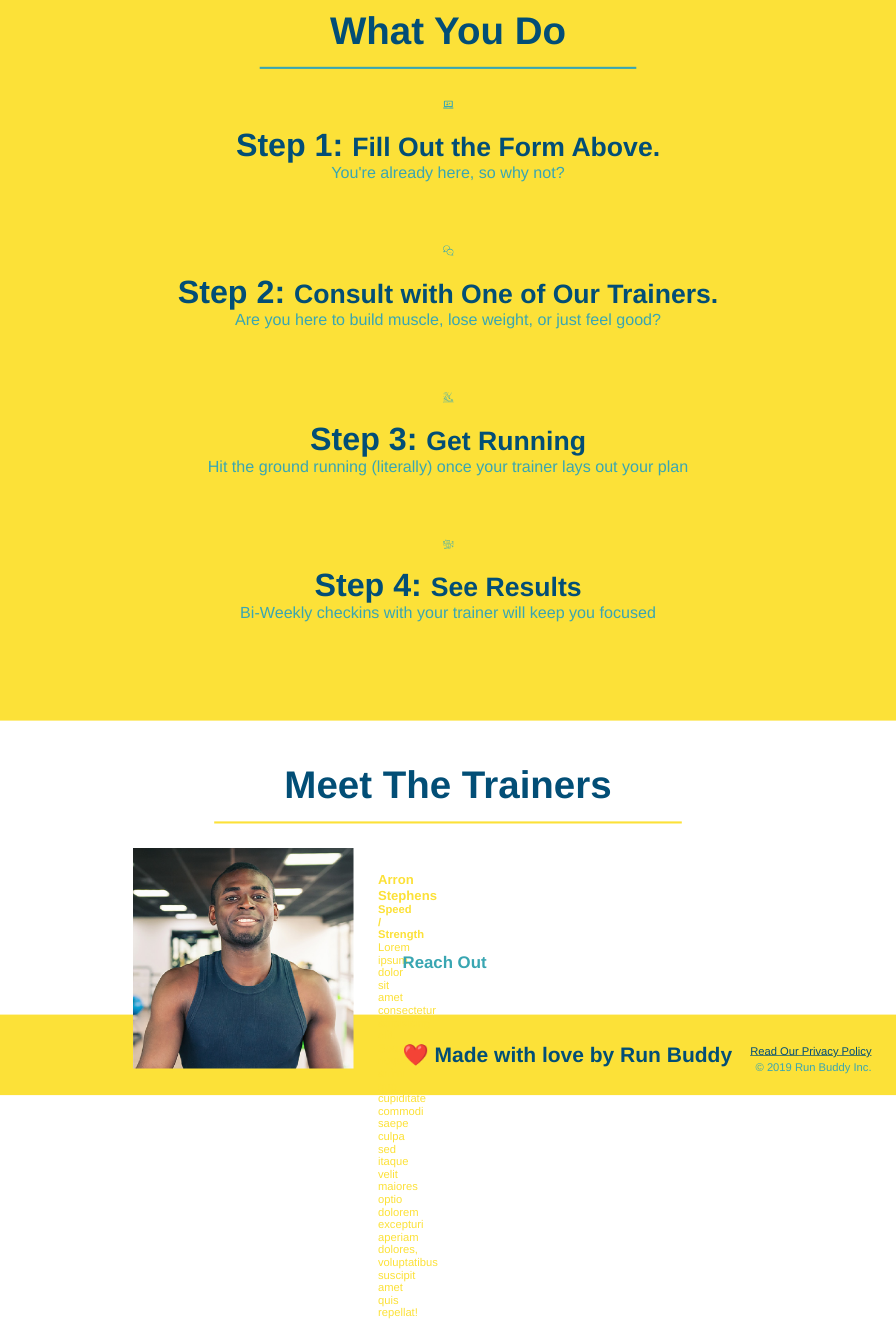
Repository: symlara/run-buddy
Page: index.html
The author's editor kept a copy of each file at every save. The page is drawn from the files as they stood at one save, then again after the next save.
The browser window is 1280 px wide. The pictures show the part of the page from y = 1228 to 3148 px (the page is 3148 px tall before and 2793 px after), at 70% of full size.

Above is the page before, as saved 2020-12-10 14:14:18.

### index.html
<!DOCTYPE html>
<html lang="en">
    <head>
        <link rel="stylesheet" href="./assets/css/style.css" />
        <meta charset="UTF-8"/>
        <title>Run Buddy</title>
    </head>
    <body>
        <!-- navigation -->
        <header>
        <a href="/"><h1>RUN BUDDY</h1></a>
        <nav>
            <!-- Unordered list element -->
            <ul>
                <!-- List item element -->
                <li>
                    <!-- Anchor Element -->
                    <a href="#what-we-do">What We Do</a>
                </li>
                <li>
                    <a href="#what-you-do">What You Do</a>
                </li>
                <li>
                    <a href="#your-trainers">Your Trainers</a>
                </li>
                <li>
                    <a href="#reach-out">Reach Out</a>
                </li>
            </ul>
        </nav>
        </header>

        <!-- hero section -->
        <section class="hero">
        <div class="hero-form">
            <h3>Get Started Today</h3>
            <p>Fill out this form and one of our trainers will schedule a consult</p>
            <!-- Add form elements -->
            <form>
                <label for="name">Enter full name:</label>
                <input type="text" placeholder="Your Name" name="name" id="name" class="form-input" />
                <label for="email">Enter Email Address:</label>
                <input type="email" placeholder="Email Address" name="email" id="email" class="form-input" />
                <label for="phone">Enter a telephone number</label>
                <input type="tel" placeholder="Phone Number" name="phone" id="phone" class="form-input" />
                <p>
                    Have you worked out with a trainer before?
                    <input type="radio" name="trainer-confirm" id="trainer-yes" />
                    <label for="trainer-yes">Yes</label>
                    <input type="radio" name="trainer-confirm" id="trainer-no" />
                    <label for="trainer-no">No</label>
                </p>
                <p>
                    <label for="checkbox">
                    I acknowledge that I am at least 18 years of age.
                    </label>
                    <input type="checkbox" name="age-confirm" id="checkbox" />
                </p>
                <button type="submit">
                    Get running!
                </button>
            </form>
        </div>
    </section>
    <!-- end hero -->

        <!-- hero/jumbotron -->
        <section></section>

        <!-- "what we do" section -->
        <section id="what-we-do" class="intro">
            <h2 class="section-title primary-border">What We Do</h2>
            <p>
                butcher selfies chambray shabby chic gentrify readymade yr Echo Park XOXO Tumblr normcore Banksy direct trade Blue Bottle chillwave you probably haven't heard of them single-origin coffee Vice fanny pack fixie Odd Future Austin fingerstache pickled twee synth Wes Anderson Thundercats viral bitters flannel meggings narwhal Marfa Schlitz sustainable Intelligentsia umami deep v craft
            </p>
        </section>

        <!-- "what you do" section -->
        <section id="what-you-do" class="steps">
            <h2 class="section-title secondary-border">What You Do</h2>

            <div>
                <!-- insert this img element -->
                <img src="./assets/images/step-1.svg" alt="" />
                <h3>Step 1: <span>Fill Out the Form Above.</span></h3>
                <p>You're already here, so why not?</p>
            </div>

            <div>
                <!-- insert this img element -->
                <img src="./assets/images/step-2.svg" alt="" />
                <h3>Step 2: <span>Consult with One of Our Trainers.</span></h3>
                <p>Are you here to build muscle, lose weight, or just feel good?</p>
            </div>

            <div>
                <!-- insert this img element -->
                <img src="./assets/images/step-3.svg" alt="" />
                <h3>Step 3: <span>Get Running</span></h3>
                <p>Hit the ground running (literally) once your trainer lays out your plan</p>
            </div>

            <div>
                <!-- insert this img element -->
                <img src="./assets/images/step-4.svg" alt="" />
                <h3>Step 4: <span>See Results</span></h3>
                <p>Bi-Weekly checkins with your trainer will keep you focused</p>
            </div>
        </section>

        <!-- "meet the trainers" section -->
        <section id="your-trainers" class="trainers">
            <h2 class="section-title primary-border">Meet The Trainers

            </h2>
            <article class="trainer">
                <img src="./assets/images/trainer-1.jpg" alt="Arron Stephens in his workout clothes, ready to pump iron" />
                <div class="trainer-bio">
                    <h3>Arron Stephens</h3>
                    <h4>Speed / Strength</h4>
                    <p>
                        Lorem ipsum, dolor sit amet consectetur adipisicing elit. Sequi neque animi quo cupiditate commodi saepe culpa sed
                        itaque velit maiores optio dolorem excepturi aperiam dolores, voluptatibus suscipit amet quis repellat!
                    </p>
                </div>
            </article>
        </section>

        <!-- "reach out" section -->
        <section>
            <h2>Reach Out</h2>
        </section>

        <!-- footer -->
        <footer>
            <h2>❤️ Made with love by Run Buddy</h2>
            <div>
                <a href="#">Read Our Privacy Policy</a><br />
                &copy; 2019 Run Buddy Inc.
            </div>
        </footer>
    </body>

    </html>

### assets/css/style.css
* {
    margin: 0;
    padding: 0;
    box-sizing: border-box;
}


body {
    /* more on this crazy alphanumerical value in a minute */
    color: #39a6b2;
    font-family: Helvetica, Arial, sans-serif;
}

/* apply styles to header */
header {
    padding: 20px 35px;
    background-color: #39a6b2;
}

header h1 {
    font-weight: bold;
    font-size: 36px;
    color: #fce138;
    margin: 0;
    display: inline;
}

header a {
    text-decoration: none;
    color: #fce138;
}

header nav {
    float: right;
    margin: 7px 0;
}

header nav ul li {
    display: inline;
}

header nav ul li a {
    margin: 0 30px;
    font-weight: lighter;
    font-size: 22px;
}

footer {
    background: #fce138;
    width: 100%;
    padding: 40px 35px;
  }

footer h2 {
    display: inline;
    color: #024e76;
    font-size: 30px;
    margin: 0;
}

footer div {
    float: right;
    line-height: 1.5;
    text-align: right;
}

footer a {
    color: #024e76;
}

section {
    padding: 60px;
}

/* Hero Style Start */
.hero {
    background-image: url("../images/hero-bg.jpg");
    height: 600px;
    background-size: cover;
    background-position: center;
    position: relative;
}
/*The height property fixed at 600px gives an exact size of the section, which is important in this context to allow room for the sign-up form.*/


.hero-form {
    border: solid 3px #024e76;
    background-color: #fce138;
    padding: 20px;
    width: 500px;
    color: #024e76;
    position: absolute;
    bottom: 120px;
    right: 140px;
}

.hero-form h3 {
    font-size: 24px;
    margin: 0;
}

.hero-form p {
    margin: 5px 0 15px 0;
}

.form-input {
    border: 1px solid #024e76;
    display: block;
    padding: 7px 15px;
    font-size: 16px;
    color: #024e76;
    width: 100%;
    margin-bottom: 15px;
}

.hero-form label {
    margin: 0 5px;
}

.hero-form button {
    color: #fce138;
    background-color: #024e76;
    border: none;
    padding: 10px 20px;
    font-size: 16px;
}
/* Hero Style End */

/*What We Do Section */
.intro {
    text-align: center;
}

.intro p {
    line-height: 1.7;
    color: #39a6b2;
    width: 80%;
    font-size: 20px;
    margin: 0 auto;
}

/*What We Do End*/

.section-title {
    display: inline-block;
    font-size: 55px;
    color: #024e76;
    margin-bottom: 35px;
    padding: 0 100px 20px 100px;
    border-bottom: 3px solid;
}

.primary-border {
    border-color: #fce138;
}

.secondary-border {
    border-color: #39a6b2;
}

/* What You Do Section */
.steps {
    text-align: center;
    background: #fce138;
}

.steps div {
    margin-bottom: 80px;
}

.steps img {
    width: 15px;
    margin: 10px 0;
}

.steps h3 {
    color: #024e76;
    font-size: 46px;
    margin-top: 10px;
}

.steps p {
    color: #39a6b2;
    font-size: 23px;
}

.steps span {
    font-size: 38px;
}


/* What You Do End */

/* Your Trainers Section */
.trainers {
    text-align: center;
}

.trainer {
    width: 900px;
    margin: 0 auto 30px auto;
    background: #024e76;
    color: #fce138;
}

.trainer img {
    width: 35%;
    float: left;
}

.trainer-bio {
    padding: 35px;
    float: left;
    width: 65px;
}

/* Your Trainers Section End */

After the next save:
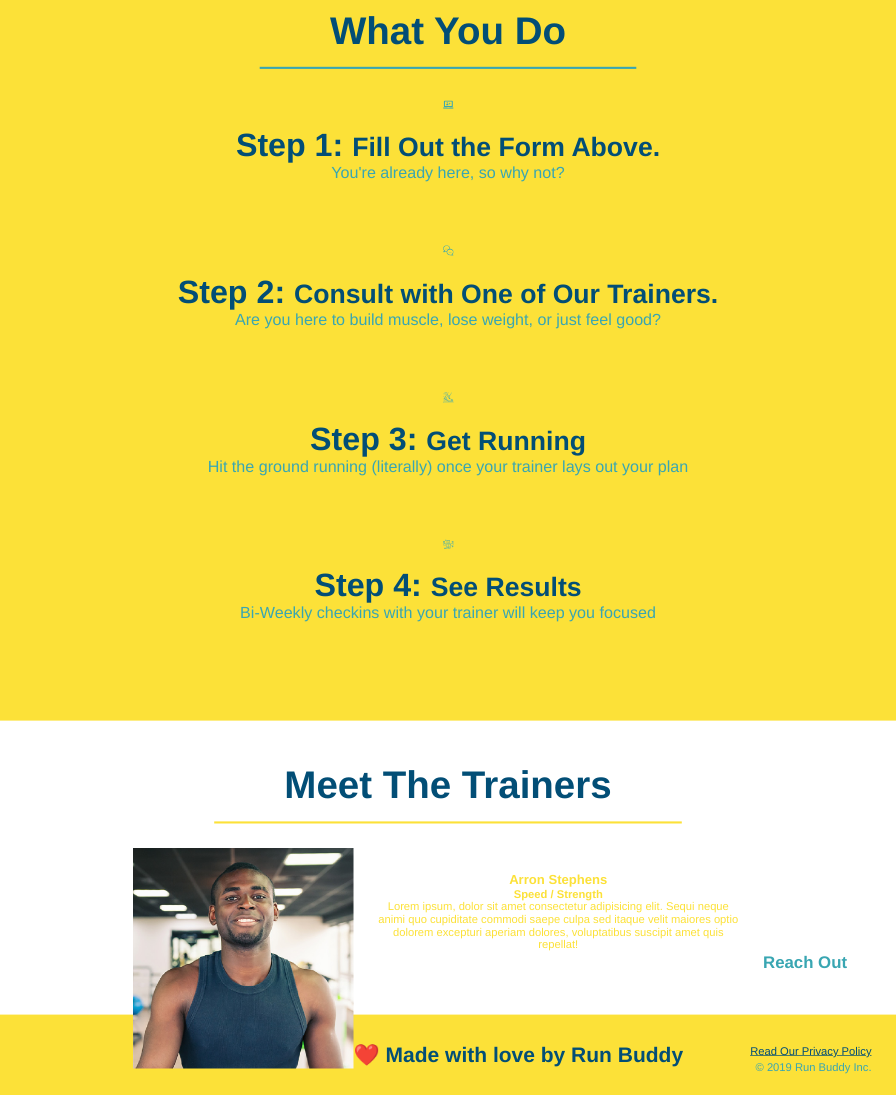
Saved 5 s later.
--- a/assets/css/style.css
+++ b/assets/css/style.css
@@ -211,7 +211,7 @@
 .trainer-bio {
     padding: 35px;
     float: left;
-    width: 65px;
+    width: 65%;
 }
 
 /* Your Trainers Section End */
